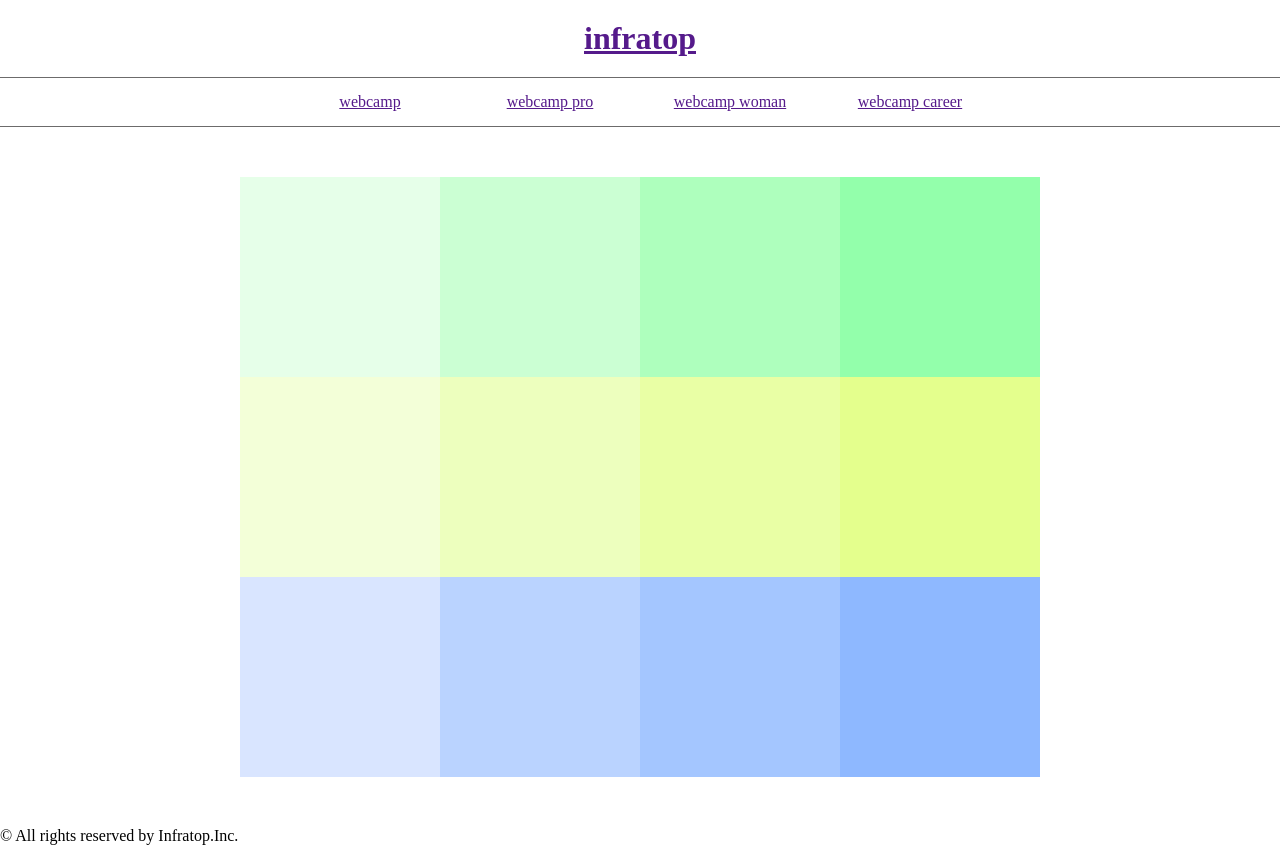
Repository: sutanuki/webcamp
Page: html,css/c5/index.html
The author's editor kept a record of every edit. The page is drawn from the files as they stood at one moment, then again after the next edit.
The browser window is 1280 px wide. The pictures show the whole page.

Above is the page before.

### html,css/c5/index.html
<!DOCTYPE html>
<html>
  <head>
    <meta http-equiv="content-type" content="text/html; charset=utf-8" />
    <title>`substitute(Filename('', 'Page Title'), '^.', '\u&', '')`</title>
    <link rel="stylesheet" href="style.css">
  </head>
  <body>
    <header>
      <h1><a href="">infratop</a></h1>
      <nav>
        <ul>
          <li><a href="">webcamp</a></li>
          <li><a href="">webcamp pro</a></li>
          <li><a href="">webcamp woman</a></li>
          <li><a href="">webcamp career</a></li>
        </ul>
      </nav>
    </header>
    <main>
      <div class="box1"></div>
      <div class="box2"></div>
      <div class="box3"></div>
      <div class="box4"></div>
      <div class="box5"></div>
      <div class="box6"></div>
      <div class="box7"></div>
      <div class="box8"></div>
      <div class="box9"></div>
      <div class="box10"></div>
      <div class="box11"></div>
      <div class="box12"></div>
    </main>
    <footer>
      <p>&copy All rights reserved by Infratop.Inc.</p>
    </footer>
  </body>
</html>

### html,css/c5/style.css
* {
  margin: 0;
  padding: 0;
  box-sizing: border-box;
}
header{
  width: 100%;
}
header h1{
  margin: 20px 0;
  text-align: center
}
nav ul{
  display: flex;
  justify-content: center;
  list-style: none;
  border-bottom: solid 1px #6c6b6b;
  border-top: solid 1px #6c6b6b;
}
nav ul li{
  width: 140px;
  margin: 15px 20px;
  text-align: center;
}
main{
  display: flex;
  width: 800px;
  height: 600px;
  flex-wrap: wrap;
  margin: 50px auto;
}
main div{
  width: 200px;
  height: 200px;
}
.box1{
  background-color: #e6ffe9;
}
.box2{
  background-color: #cbffd3;
}
.box3{
  background-color: #aeffbd;
}
.box4{
  background-color: #93ffab;
}
.box5{
  background-color: #f3ffd8;
}
.box6{
  background-color: #edffbe;
}
.box7{
  background-color: #e9ffa5;
}
.box8{
  background-color: #e4ff8d;
}
.box9{
  background-color: #d9e5ff;
}
.box10{
  background-color: #bad3ff;
}
.box11{
  background-color: #a4c6ff;
}
.box12{
  background-color: #8eb8ff;
}

After the next edit:
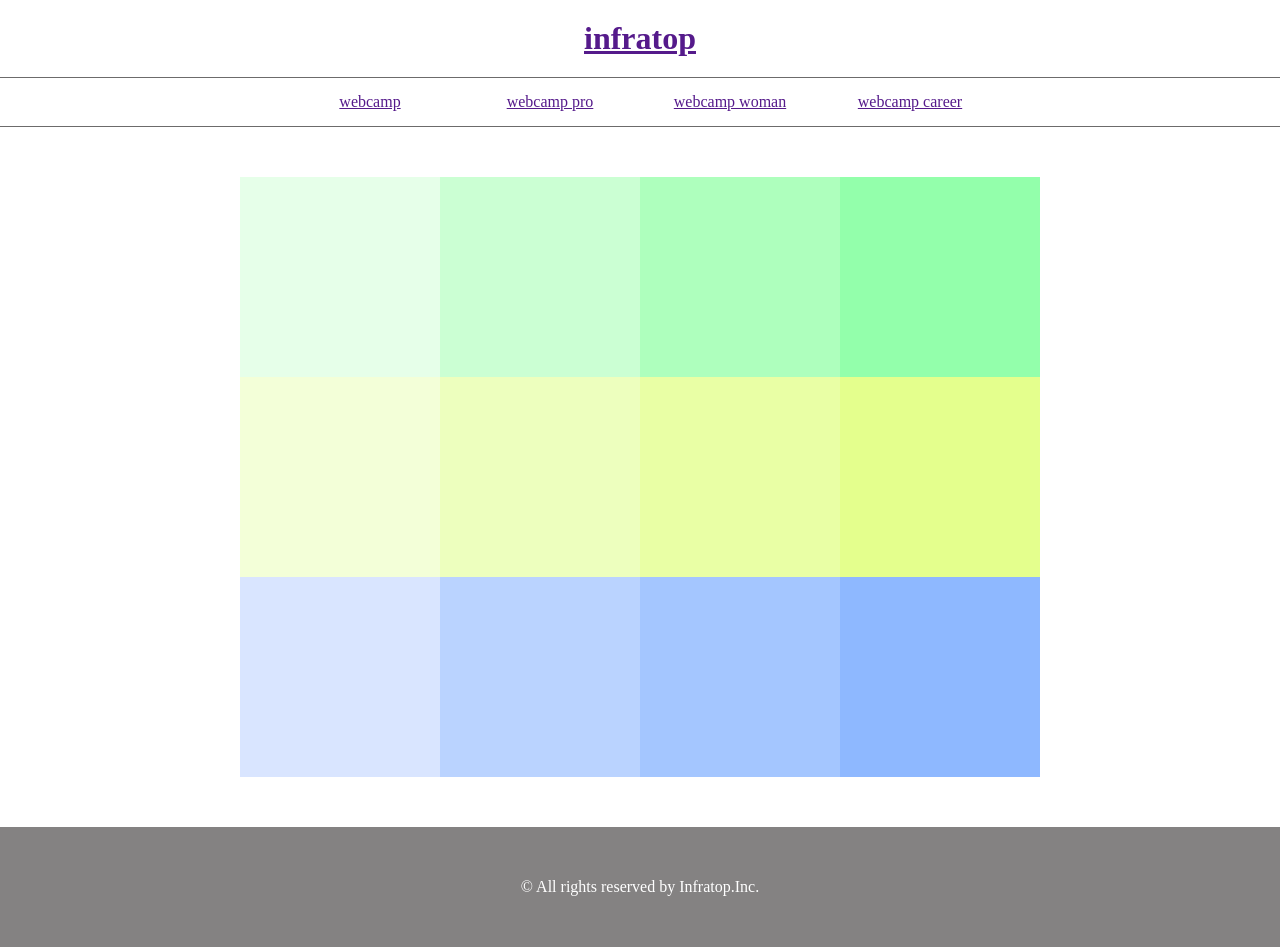
The edit:
--- a/html,css/c5/style.css
+++ b/html,css/c5/style.css
@@ -69,3 +69,11 @@
 .box12{
   background-color: #8eb8ff;
 }
+footer{
+  width: 100%;
+  height: 120px;
+  text-align: center;
+  line-height: 120px;
+  background-color: #848282;
+  color: #fff
+}
